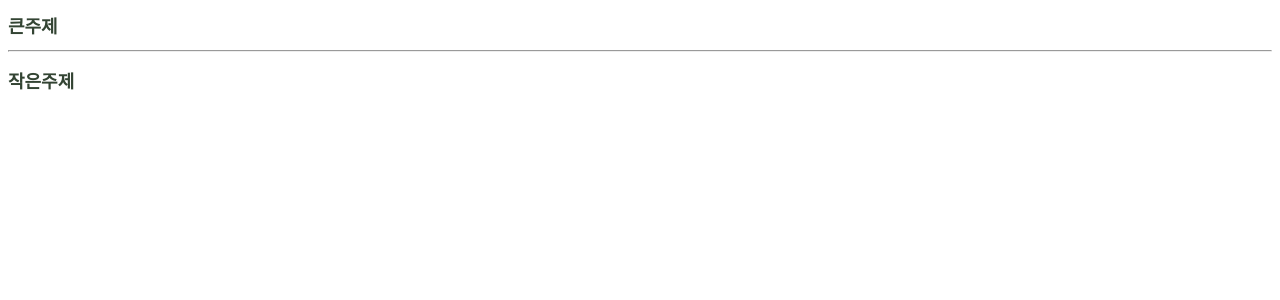
Repository: hyyrim/WebStudy
Page: http://localhost/WebApp15/TestSetCookie.jsp
The author's editor kept a copy of each file at every save. The page is drawn from the files as they stood at one save, then again after the next save.
The browser window is 1280 px wide. The pictures show the whole page.
The page is served by Tomcat 9.

Above is the page before, as saved 2021-05-20 00:24:15.

After the next save:
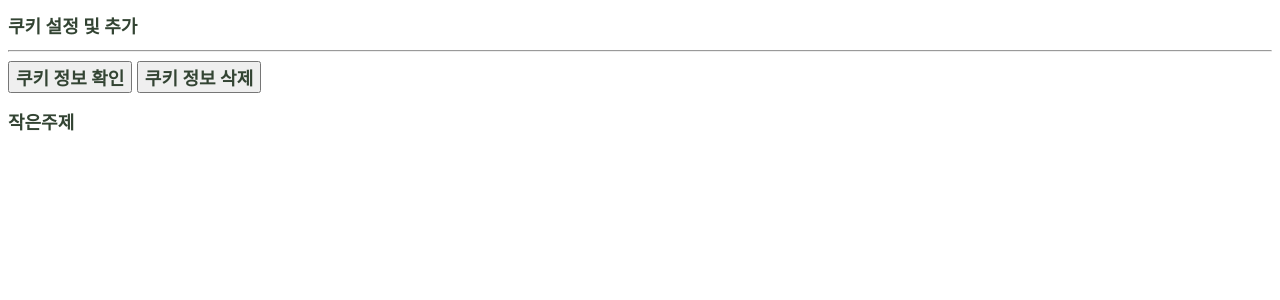
Saved 56 s later.
--- a/WebApp15/WebContent/TestSetCookie.jsp
+++ b/WebApp15/WebContent/TestSetCookie.jsp
@@ -10,8 +10,13 @@
 <body>
 
 <div>
-	<h1>큰주제</h1>
+	<h1>쿠키 설정 및 추가</h1>
 	<hr>
+</div>
+
+<div>
+	<a><button type="button" class="btn">쿠키 정보 확인</button></a>
+	<a><button>쿠키 정보 삭제</button></a>
 </div>
 
 <div>
